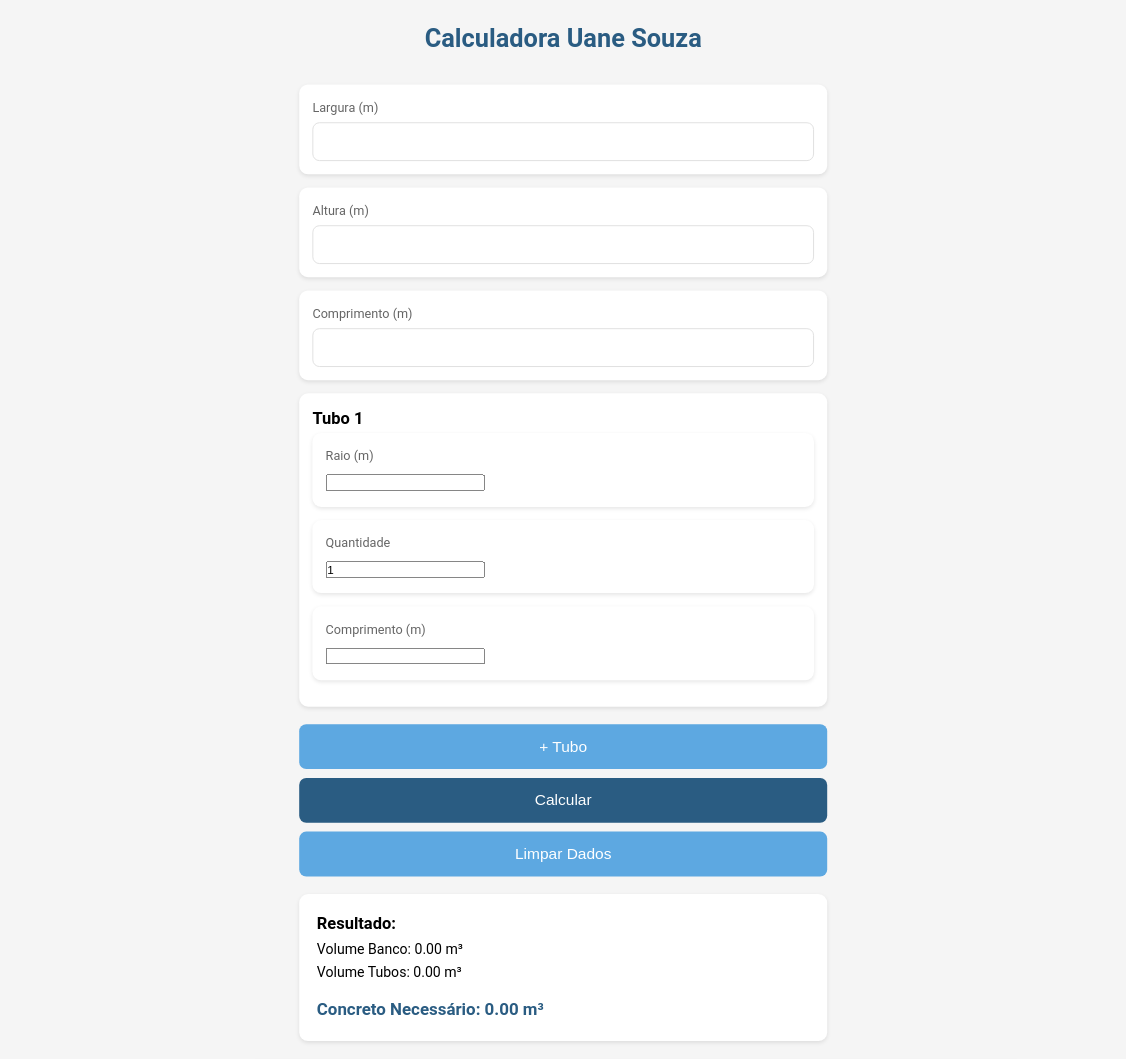
Repository: Valmir-Goncalves/calc_Uane_Souza
Page: concrete-calc/index.html
The author's editor kept a copy of each file at every save. The page is drawn from the files as they stood at one save, then again after the next save.
The browser window is 1280 px wide. The pictures show the whole page, at 88% of full size.

Above is the page before, as saved 2025-03-23 04:33:39.

After the next save:
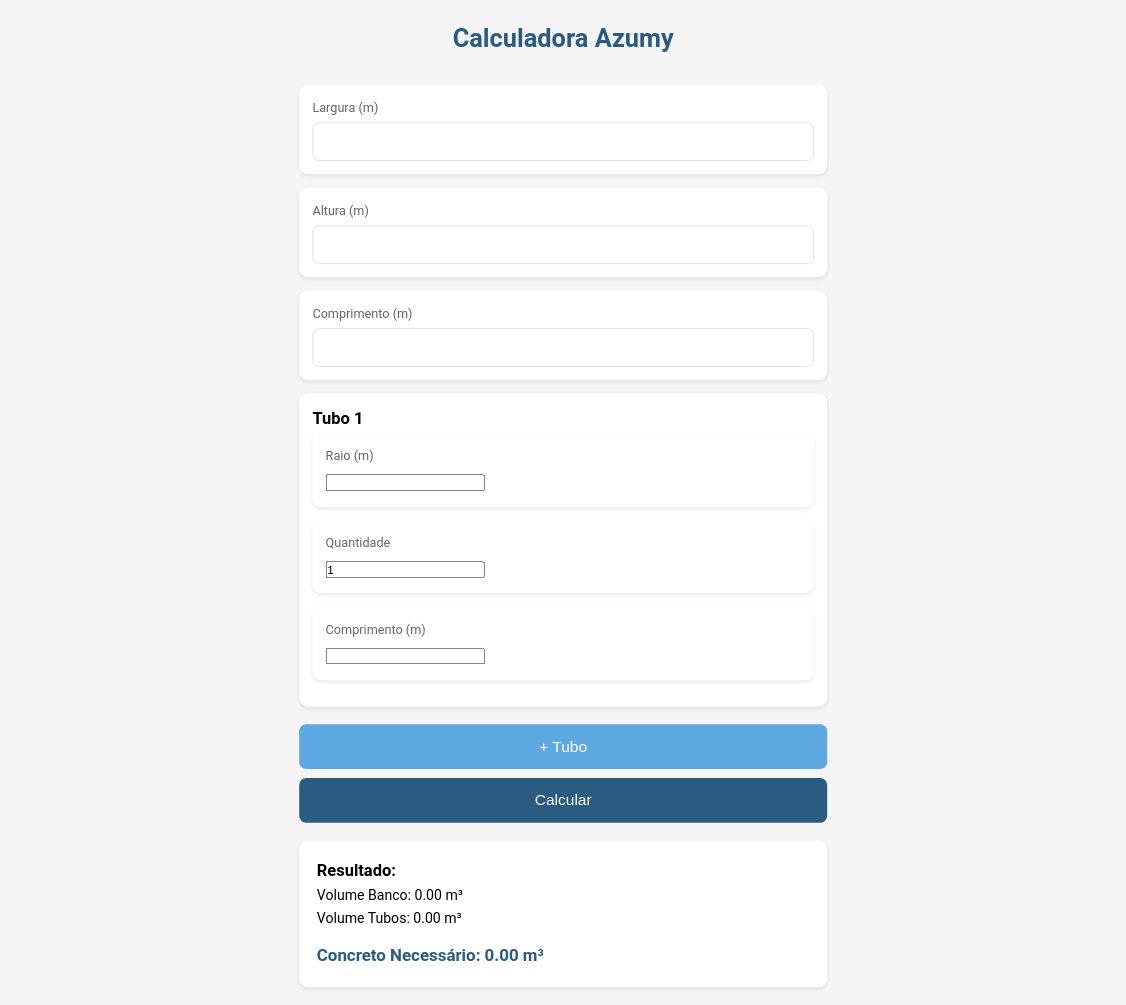
Saved 5 min 41 s later.
--- a/concrete-calc/index.html
+++ b/concrete-calc/index.html
@@ -9,7 +9,7 @@
 </head>
 <body>
     <div class="container">
-        <h1>Calculadora Uane Souza</h1>
+        <h1>Calculadora Azumy</h1>
 
         <div class="input-group">
             <label>Largura (m)</label>
@@ -47,7 +47,7 @@
         <div class="button-group">
             <button type="button" class="mobile-btn" onclick="adicionarTubo()">+ Tubo</button>
             <button type="button" class="mobile-btn primary" onclick="calcular()">Calcular</button>
-            <button type="button" class="mobile-btn" onclick="limparDados()">Limpar Dados</button>
+
         </div>
 
         <div class="resultado">
